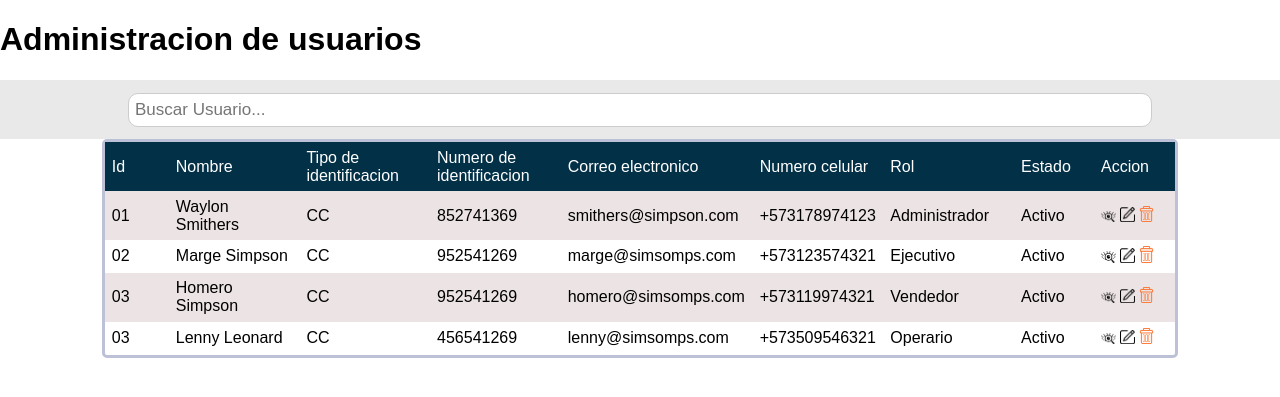
Repository: AlexanderBarona/Proyecto_Ciclo3_Mintic
Page: PaginaWeb/pages/admin_user.html
An editor plug-in stored every save of this project. The page is shown before and after the next save, followed by the edit.
The browser window is 1280 px wide. The pictures show the whole page.

Above is the page before, as saved 2021-09-30 14:20:42.

### PaginaWeb/pages/admin_user.html
<!DOCTYPE html>
<html>

   <head>
      <title>Administracion de Usuarios</title>
      <link href="../css/style.css" rel="stylesheet" type="text/css">
      <link href="../css/admin_user.css" rel="stylesheet" type="text/css">
   </head>
   <body class="admin_user">
      <header>
         <h1>Administracion de usuarios</h1>
      </header>
      <main>
        <div class="TopBar">
            <div class="Search ">
                <input type="text" placeholder="Buscar Usuario...">
            </div>

        </div>

        <div class="table_principal">
            <table class="table_entity">

              <tbody class="table_body" >

                  <tr class="table_header" >

                    <td class="table_cell center">Id</td>
                    <td class="table_cell">Nombre</td>
                    <td class="table_cell">Tipo de identificacion</td>
                    <td class="table_cell">Numero de identificacion</td>
                    <td class="table_cell">Correo electronico</td>
                    <td class="table_cell">Numero celular</td>
                    <td class="table_cell">Rol</td>
                    <td class="table_cell center">Estado</td>
                    <td class="table_cell center">Accion</td>

                  </tr>

                  <tr >
                    <td class="table_cell center">01</td>
                    <td class="table_cell">Waylon Smithers</td>
                    <td class="table_cell center">CC</td>
                    <td class="table_cell">852741369</td>
                    <td class="table_cell">smithers@simpson.com</td>
                    <td class="table_cell">+573178974123</td>
                    <td class="table_cell">Administrador</td>
                    <td class="table_cell center">Activo</td>
                    <td class="table_cell">
                      <div class="icon_container">
                        <nav>
                          <a href="icon_table">
                            <img class="icon_cell" src="../images/IconRead.ico">
                          </a>
                          <a href="icon_table">
                            <img class="icon_cell" src="../images/IconUpdate.ico">
                          </a>
                          <a href="icon_table">
                            <img class="icon_cell" src="../images/IconDelete.ico">
                          </a>
                        </nav>
                    </div>

                    </td>
                  </tr>

                <tr >
                  <td class="table_cell center">02</td>
                  <td class="table_cell">Marge Simpson</td>
                  <td class="table_cell center">CC</td>
                  <td class="table_cell">952541269</td>
                  <td class="table_cell">marge@simsomps.com</td>
                  <td class="table_cell">+573123574321</td>
                  <td class="table_cell">Ejecutivo</td>
                  <td class="table_cell center">Activo</td>
                  <td class="table_cell">
                    <div class="icon_container center">
                      <nav>
                        <a href="icon_table">
                          <img class="icon_cell" src="../images/IconRead.ico">
                        </a>
                        <a href="icon_table">
                          <img class="icon_cell" src="../images/IconUpdate.ico">
                        </a>
                        <a href="icon_table">
                          <img class="icon_cell" src="../images/IconDelete.ico">
                        </a>
                      </nav>
                  </div>
                  </td>
                </tr>

                <tr >
                    <td class="table_cell">03</td>
                    <td class="table_cell">Homero Simpson</td>
                    <td class="table_cell">CC</td>
                    <td class="table_cell">952541269</td>
                    <td class="table_cell">homero@simsomps.com</td>
                    <td class="table_cell">+573119974321</td>
                    <td class="table_cell">Vendedor</td>
                    <td class="table_cell">Activo</td>
                    <td class="table_cell">

                                    <div class="icon_container">
                                        <nav>
                                          <a href="icon_table">
                                            <img class="icon_cell" src="../images/IconRead.ico">
                                          </a>
                                          <a href="icon_table">
                                            <img class="icon_cell" src="../images/IconUpdate.ico">
                                          </a>
                                          <a href="icon_table">
                                            <img class="icon_cell" src="../images/IconDelete.ico">
                                          </a>
                                        </nav>
                                    </div>


                    </td>
                </tr>
                <tr >
                    <td class="table_cell">03</td>
                    <td class="table_cell">Lenny Leonard</td>
                    <td class="table_cell">CC</td>
                    <td class="table_cell">456541269</td>
                    <td class="table_cell">lenny@simsomps.com</td>
                    <td class="table_cell">+573509546321</td>
                    <td class="table_cell">Operario</td>
                    <td class="table_cell">Activo</td>
                    <td class="table_cell">
                      <div class="icon_container">
                        <nav>
                          <a href="icon_table">
                            <img class="icon_cell" src="../images/IconRead.ico">
                          </a>
                          <a href="icon_table">
                            <img class="icon_cell" src="../images/IconUpdate.ico">
                          </a>
                          <a href="icon_table">
                            <img class="icon_cell" src="../images/IconDelete.ico">
                          </a>
                        </nav>
                    </div>
                    </td>
                </tr>
              </tbody>
            </table>
        </div>
      </main>
      <footer>
      </footer>
   </body>
</html>

### PaginaWeb/css/style.css
* {
  box-sizing: border-box;
}

body {
  margin: 0;
  font-family: Arial, Helvetica, sans-serif;
}

### PaginaWeb/css/admin_user.css
/* css barra busqueda*/
@media screen and (max-width: 600px) {
  .Search a,
  .Search input[type="text"] {

    display: block;
    text-align: left;
    width: 100%;
    margin: 0 auto;
    padding: 14px;
    align-items: center;
  }
}

.admin_user .Search {
   overflow: hidden;
   background-color: #e9e9e9;
   display: block;
   width: 100%;
   text-align: center;
  }

.Search a {

    display: block;
    color: black;
    text-align: center;
    padding: 14px 16px;
    text-decoration: none;
    font-size: 17px;
  }

  .Search a:hover {
    background-color: #ddd;
    color: black;
  }

  .Search a.active {
    background-color: #9dcaf0;
    color: white;
  }

  .Search input[type="text"] {
    float: center;
    border-radius: 10px;
    border: 1px solid rgb(174, 204, 218);
    padding: 6px;
    margin-top: 1%;
    margin-right: 2%;
    margin-left: 2%;
    margin-bottom: 1%;
    font-size: 17px;
    width: 80%;
  }
  .Search input[type="text"] {
    border: 1px solid #ccc;
  }

 /* css tabla*/

  .table_entity {
    table-layout: fixed;
    width: 84%;
    margin: 0 auto;
    border-collapse: separate;
    border-spacing: 0px;
    border-radius: 5px;
    border: 3px solid rgb(189, 193, 216);

  }

  .table_entity td:first-child {
    width: 4em;
  }
  .table_entity td:nth-child(9) {
    width: 5em;
  }
  .table_entity td:nth-child(8) {
    width: 5em;

  }
  .table_entity td:nth-child(5) {
    width: 12em;
  }


  .table_header {
    background-color: #023047;
    color: #fff;

  }

  .table_entity tr:nth-child(even) {
  background-color: #ece4e4;
}
/* css tabla perfiles*/
.table_entity2 {
  table-layout: fixed;
  width: 84%;
  margin: 0 auto;
  border-collapse: separate;
  border-spacing: 0px;
  border-radius: 5px;
  border: 3px solid rgb(189, 193, 216);

}

.table_entity2 td:first-child {
  width: 4em;
}

.table_entity2 td:nth-child(2) {
  width: 16em;
}


.table_entity2 td:nth-child(6) {
  width: 4.5em;

}


.table_entity2 tr:nth-child(even) {
background-color: #ece4e4;
}


  th, td {

      word-wrap: break-word;
      padding: 0.4em;
      margin: 0em;
  }
  /* iconos */
  .icon_cell {

    height: 28%;
    width: 22%;
    margin: 0 auto 0 0;


}

.icon_container a , .icon_container a:visited {


  text-decoration: none;

}
/* css checkbox */

.checkbox_container input[type="checkbox"]  {
  content: "";
  width: 2em;
  height: 2em;
  border: 4px solid #bf810f;
  float: left;
  margin: 0 auto 0 0;
  border-right: 0;
  border-top: 0;


}
.checkbox_container input[type="checkbox"]:checked   {
  content: "";
  width: 2.2em;
  height: 2.2em;
  border: 4px solid #bf810f;
  color: #bf810f;
  background-color:#bf810f ;
  float: left;
  margin: 0 auto 0 0;
  border-right: 0;
  border-top: 0;


}

After the next save:
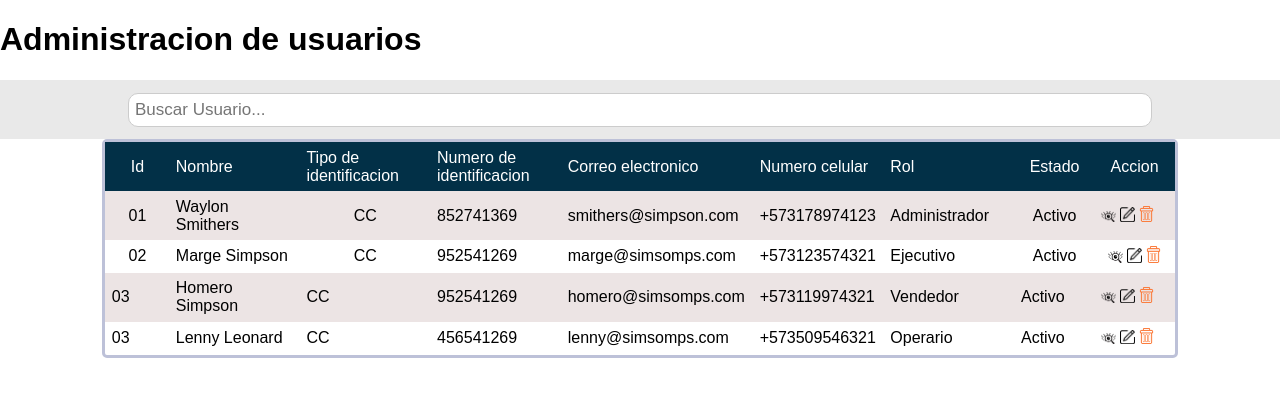
Saved 69 s later.
--- a/PaginaWeb/css/admin_user.css
+++ b/PaginaWeb/css/admin_user.css
@@ -93,6 +93,10 @@
   .table_entity tr:nth-child(even) {
   background-color: #ece4e4;
 }
+
+.table_entity .center {
+  text-align: center;
+}
 /* css tabla perfiles*/
 .table_entity2 {
   table-layout: fixed;
@@ -124,6 +128,9 @@
 background-color: #ece4e4;
 }
 
+.table_entity2 .center {
+  text-align: center;
+}
 
   th, td {
 
@@ -173,5 +180,4 @@ background-color: #ece4e4;
   border-right: 0;
   border-top: 0;
 
-
 }
